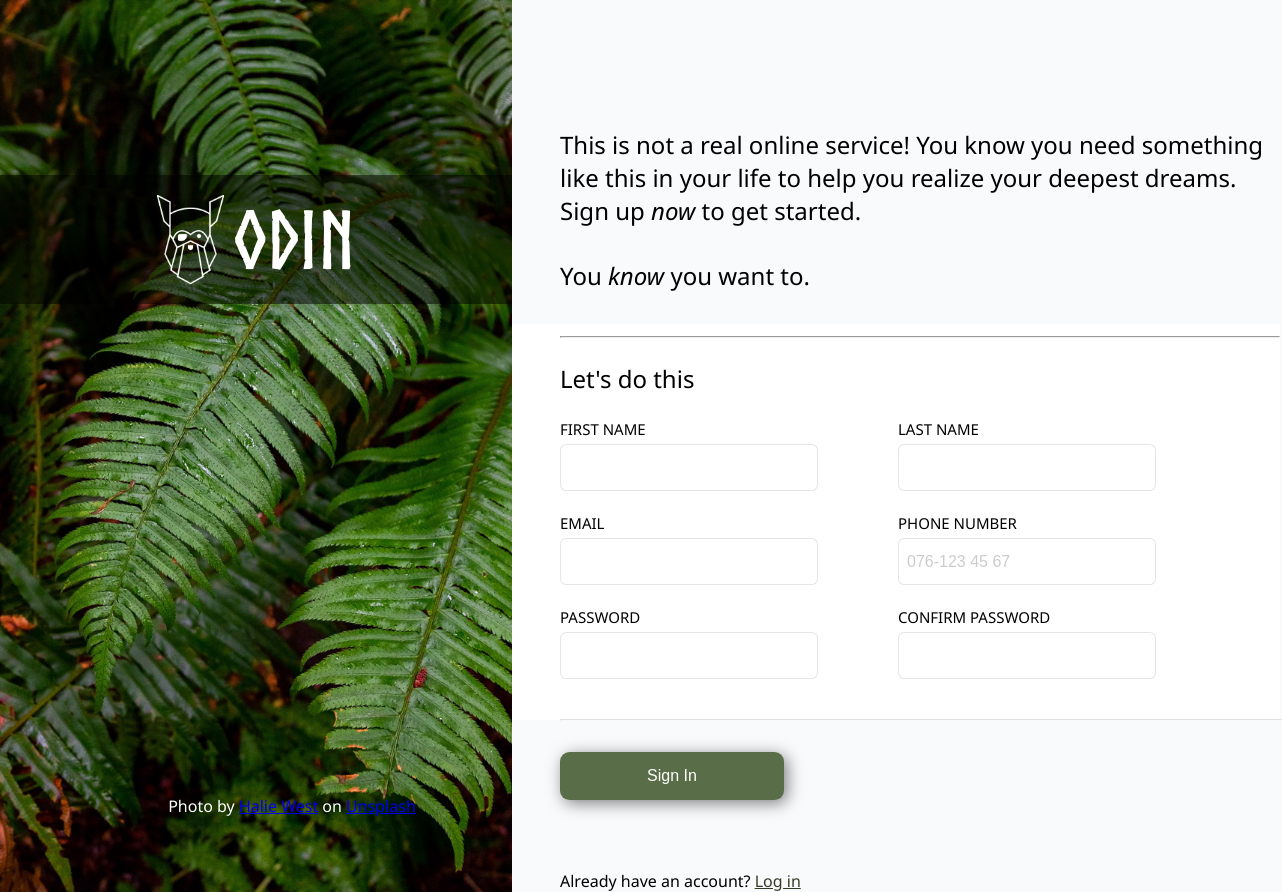
Repository: fed26sto-fundamentals/sign-up-form-odai-dh
Page: index.html
An editor plug-in stored every save of this project. The page is shown before and after a run of saves, followed by the edit.
The browser window is 1280 px wide. The page is 1282 px wide, so the pictures cover 1282 px, including what lies to the right of the window. The pictures show the whole page.

Above is the page before, as saved 2024-10-01 21:19:33.

After the next 2 saves:
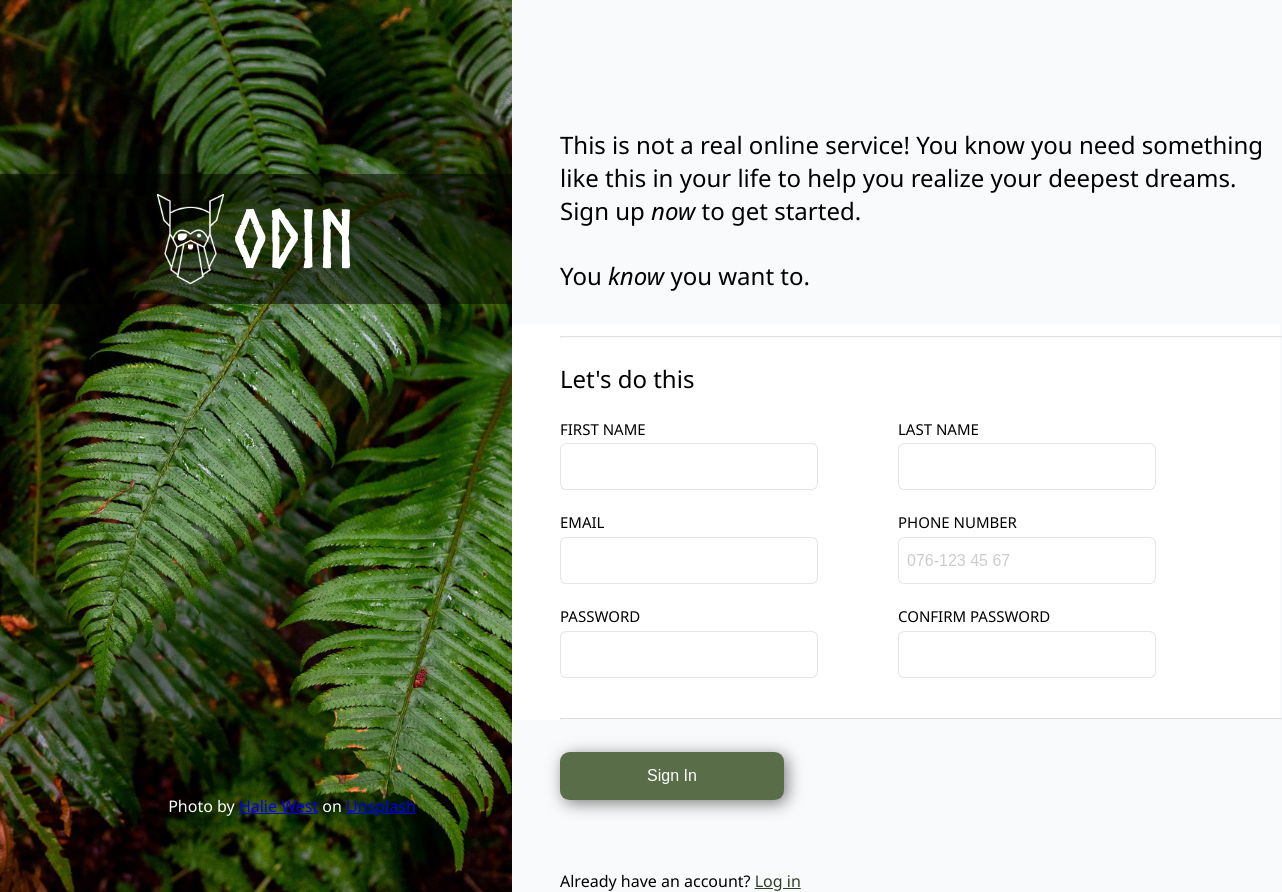
The 2 saves are shown as one change because they came seconds apart.
The last was saved 8 s later.
--- a/styles.css
+++ b/styles.css
@@ -136,6 +136,9 @@ body {
 
 }
 #line1{
+    width: 100%;
+    opacity: 0.3;
+    margin-bottom: -0.5px;
 
 }
 #line{
